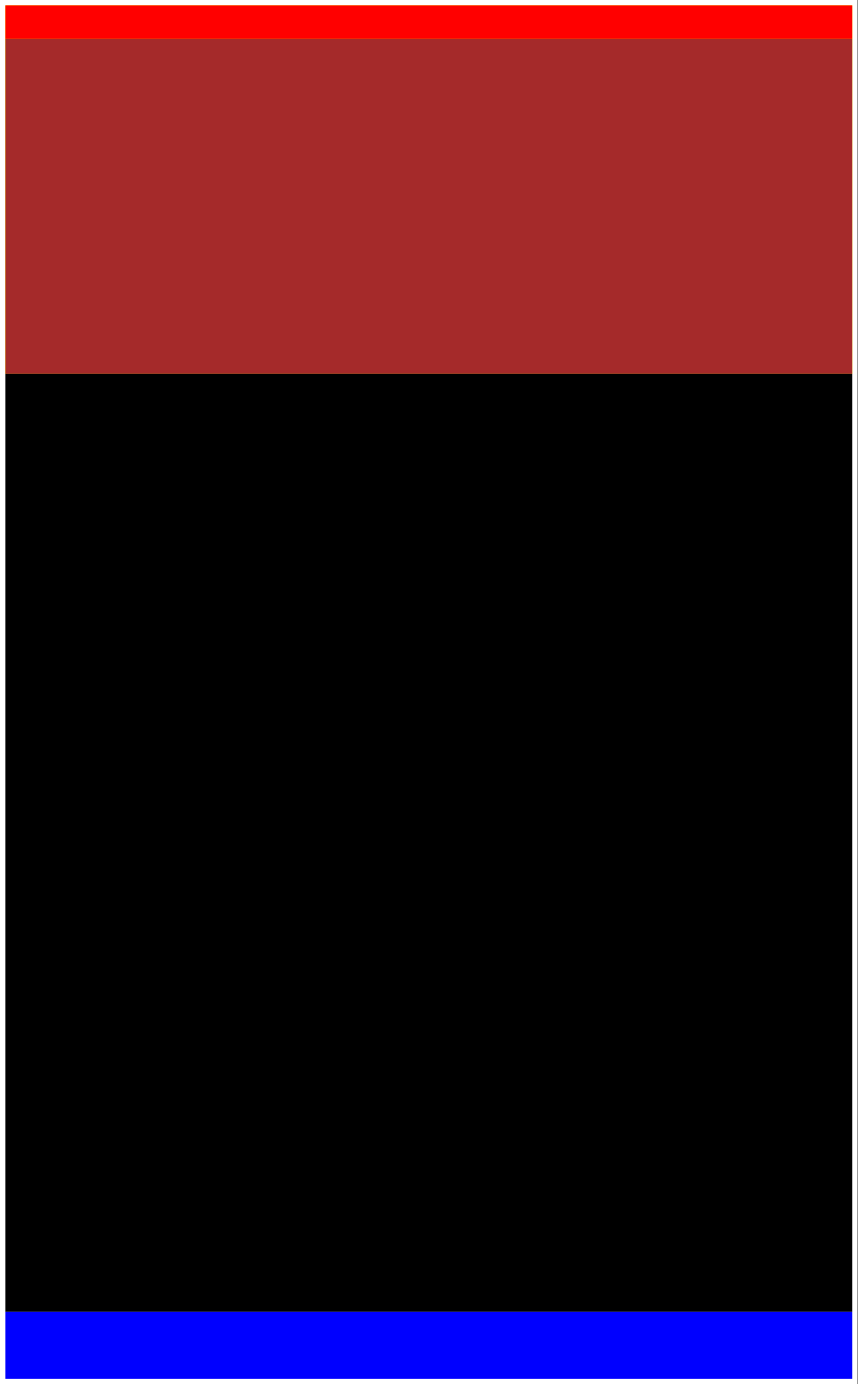
Repository: Souax/prac_20231021
Page: Chapter4/4.html
The author's editor kept a record of every edit. The page is drawn from the files as they stood at one moment, then again after the next edit.
The browser window is 1280 px wide. The pictures show the whole page, at 67% of full size.

Above is the page before.

### Chapter4/4.html
<!DOCTYPE html>
<html lang="ja">
  <head>
  <meta charset="UTF-8">
  <link rel="stylesheet" href="4.css">
  <title>4章</title>
  </head>

<body>
  <div class="header">
    <div class="header-top"></div>
    <div class="header-bottom"></div>
  </div>
  <div class="main"></div>
  <div class="footer"></div>
</body>
</html>

### Chapter4/4.css
＊{
  margin:0;
  padding:0;
  box-sizing:border-box;
}

.header{
  width:100%;
  height:550px;
  background-color:yellow;
}

.header-top{
  width:100%;
  height:50px;
  background-color:red;
}

.header-bottom{
  width:100%;
  height:500px;
  background-color:brown;
}
.main{
  width:100%;
  height:1400px;
  background-color:black;
}

.main-visual{
  width:960px;
  height:1400px;
  background-color:limegreen;
}

.main-visual-2{
  width:500px;
  height:1400px;
  background-color:green;
}

.footer{
  width:100%;
  height:100px;
  background-color:blue;
}

After the next edit:
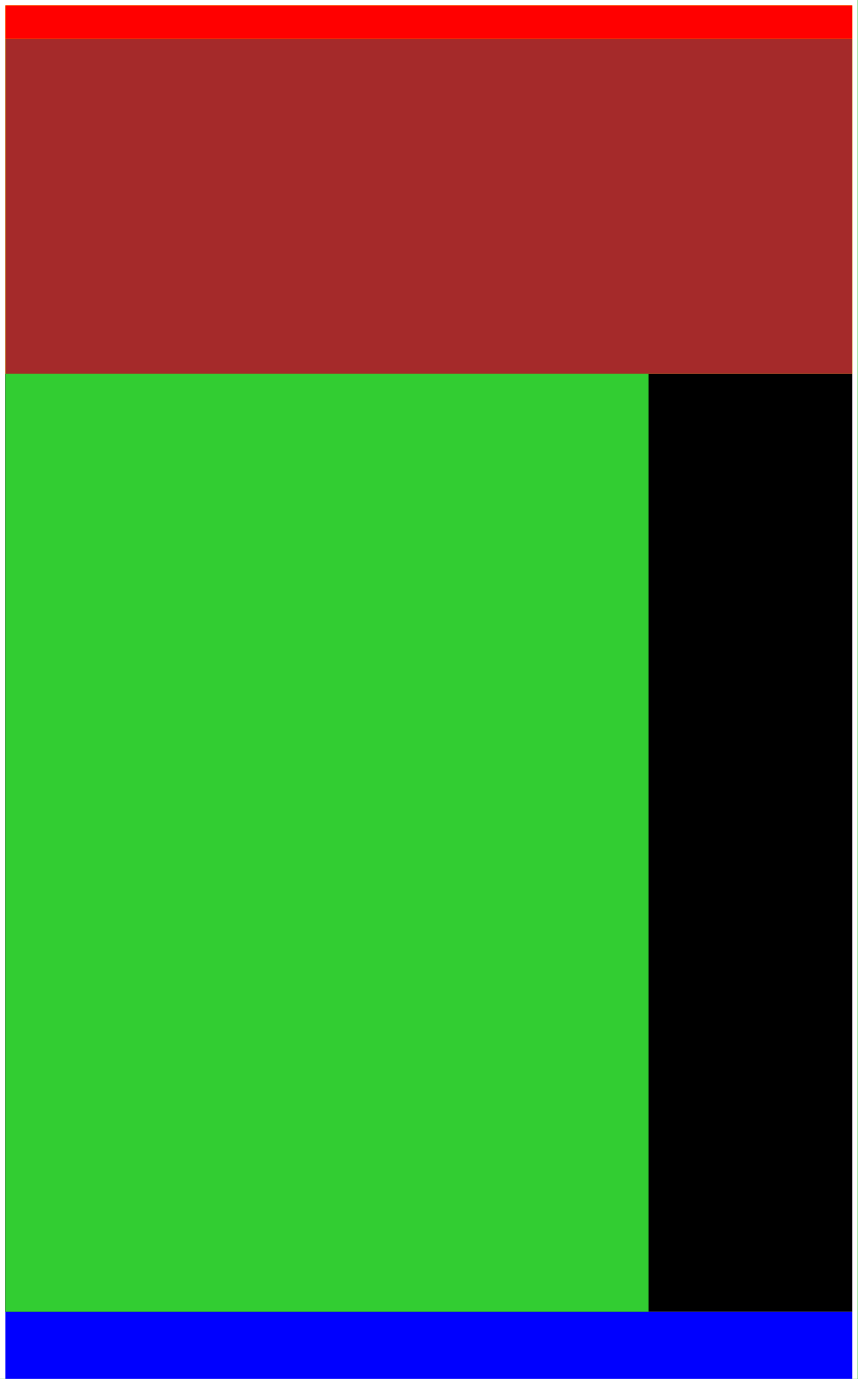
The edit:
--- a/Chapter4/4.html
+++ b/Chapter4/4.html
@@ -11,7 +11,11 @@
     <div class="header-top"></div>
     <div class="header-bottom"></div>
   </div>
-  <div class="main"></div>
+
+  <div class="main">
+    <div class="main-visual"></div>
+    <div class=""
+  </div>
   <div class="footer"></div>
 </body>
 </html>
